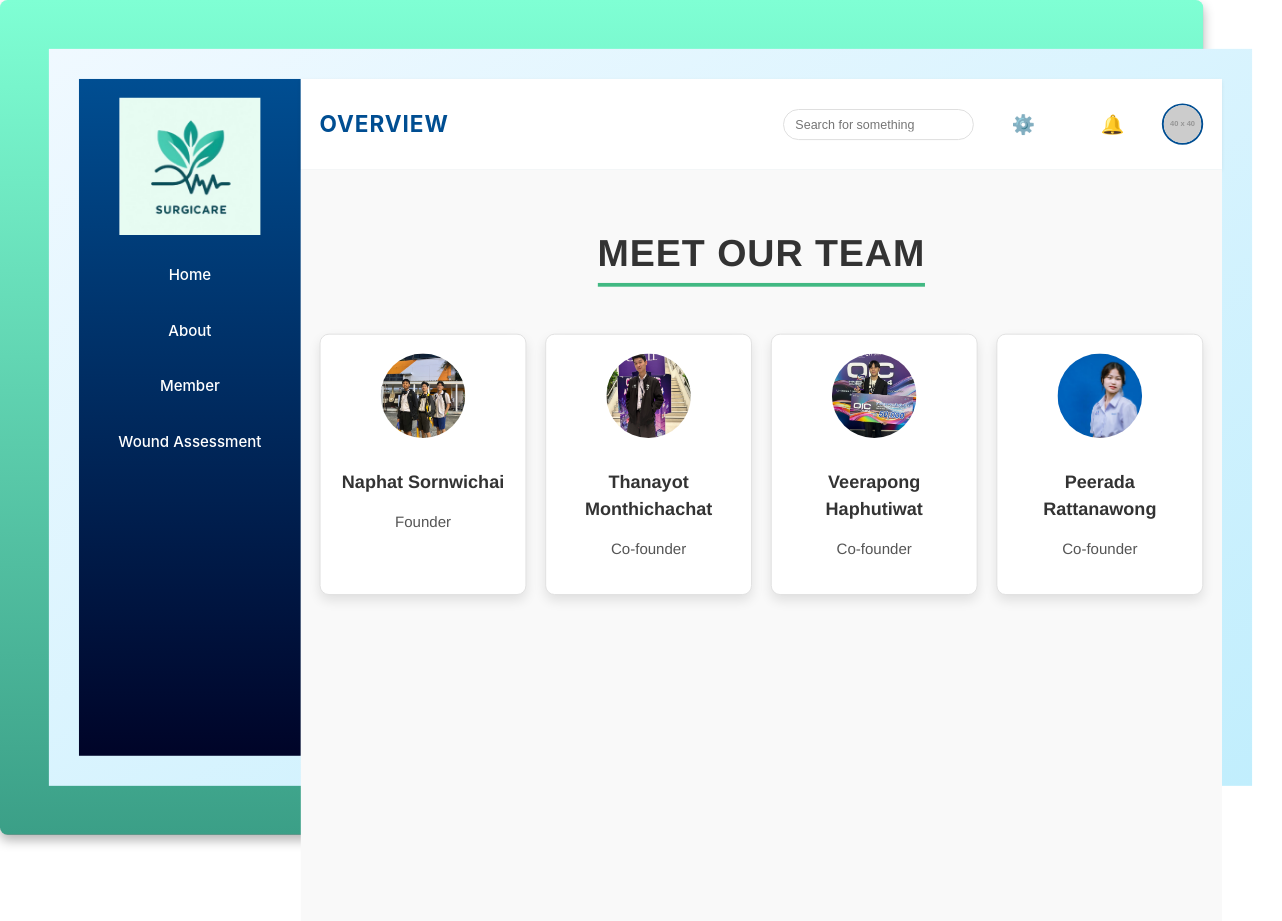
Repository: Jinwoo290350/Surgicare-Vue
Page: /member (app in surgicare/)
These files come from the project's save history. The page is drawn as it stood at one moment and after the next save; the edit follows.
The browser window is 1280 px wide. The page is 1364 px wide, then 1338 px, so the pictures cover 1364 px, including what lies to the right of the window. The pictures show the whole page, at 94% of full size.
The project was rebuilt for these pictures with package versions that can differ from the ones it lists, and the page was loaded fresh each time. Also part of the build but not shown: surgicare/vite.config.js, surgicare/src/views/Home.vue, surgicare/src/views/About.vue, surgicare/src/components/WoundAssessment.vue.

Above is the page before, as saved 2024-12-30 14:36:23.
Console error: TypeError: Cannot read properties of null (reading 'getContext')

After the next save:
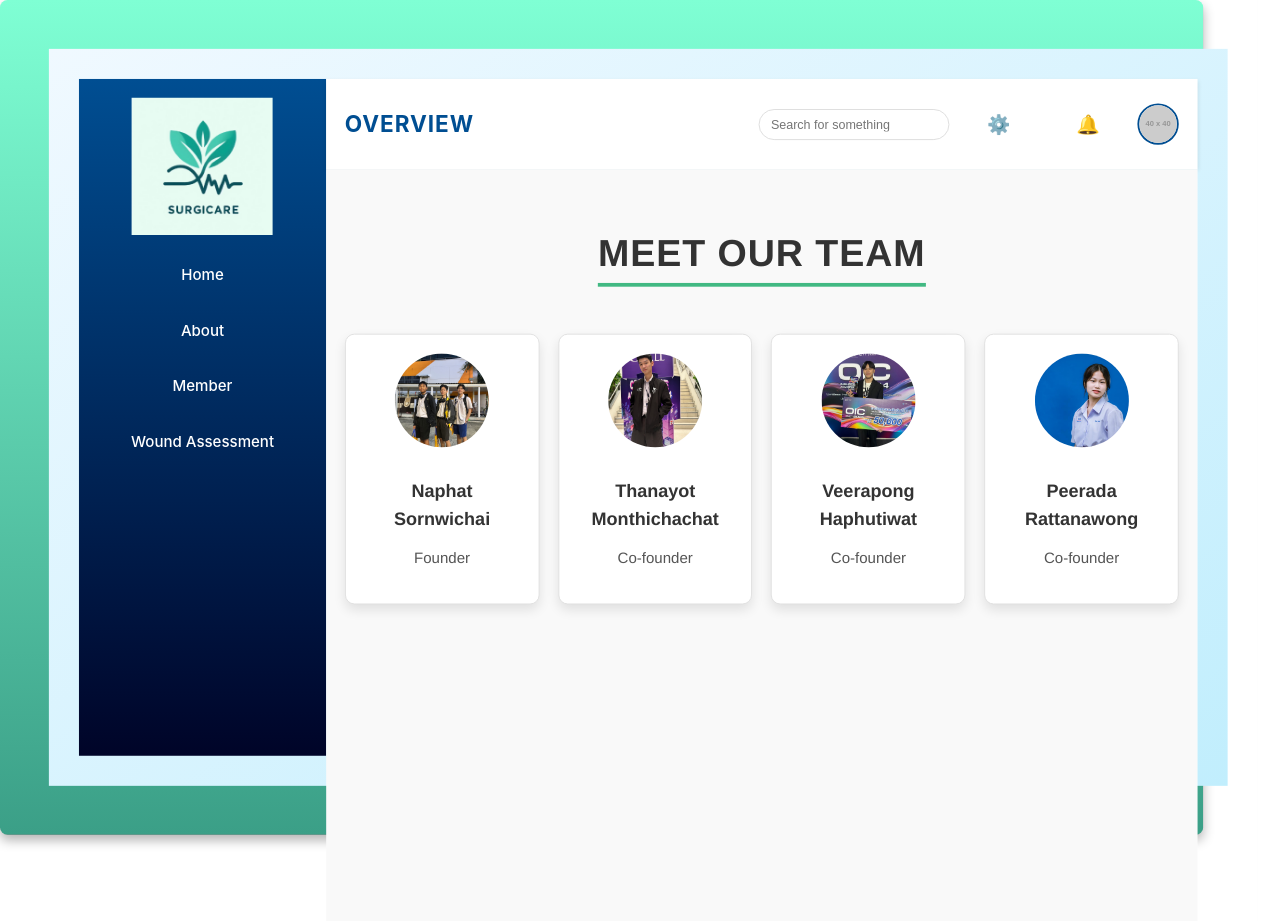
Saved 86 s later.
--- a/surgicare/src/views/Member.vue
+++ b/surgicare/src/views/Member.vue
@@ -11,7 +11,7 @@
         :key="index"
         @click="selectMember(member)"
       >
-        <img :src="member.photo" :alt="member.name" class="member-photo" />
+        <img :src="member.photo" :alt="`Photo of ${member.name}`" class="member-photo" />
         <div class="member-info">
           <h2>{{ member.name }}</h2>
           <p>{{ member.role }}</p>
@@ -20,7 +20,7 @@
     </div>
 
     <!-- Member Details Modal -->
-    <div v-if="selectedMember" class="member-details">
+    <div v-if="selectedMember" class="member-details" @click.self="closeDetails">
       <div class="details-content">
         <h2>{{ selectedMember.name }}</h2>
         <p><strong>Role:</strong> {{ selectedMember.role }}</p>
@@ -40,25 +40,25 @@ export default {
           name: "Naphat Sornwichai",
           role: "Founder",
           photo: "Pogus.jpg",
-          bio: "Founder of Surgicare.",
+          bio: "Founder of Surgicare with a vision for better healthcare solutions.",
         },
         {
           name: "Thanayot Monthichachat",
           role: "Co-founder",
           photo: "Zoe.jpg",
-          bio: "Co-founder of Surgicare.",
+          bio: "Co-founder with a passion for innovation in the medical field.",
         },
         {
           name: "Veerapong Haphutiwat",
           role: "Co-founder",
           photo: "Frank.jpg",
-          bio: "Co-founder of Surgicare.",
+          bio: "Dedicated to improving lives through cutting-edge technology.",
         },
         {
           name: "Peerada Rattanawong",
           role: "Co-founder",
           photo: "bio.jpg",
-          bio: "Co-founder of Surgicare.",
+          bio: "An advocate for collaboration and excellence in healthcare.",
         },
       ],
       selectedMember: null,
@@ -76,6 +76,7 @@ export default {
 </script>
 
 <style scoped>
+/* Base styles */
 #team-page {
   padding: 40px 20px;
   font-family: 'Helvetica Neue', sans-serif;
@@ -84,6 +85,7 @@ export default {
   display: flex;
   flex-direction: column;
   align-items: center;
+  overflow-x: hidden;
 }
 
 .team-header {
@@ -100,12 +102,12 @@ export default {
   padding-bottom: 10px;
 }
 
-/* Adjust grid layout for better responsiveness */
+/* Responsive grid layout */
 .member-cards {
   display: grid;
-  grid-template-columns: repeat(auto-fit, minmax(220px, 1fr)); /* Resize dynamically */
+  grid-template-columns: repeat(auto-fit, minmax(200px, 1fr));
   gap: 20px;
-  max-width: 960px; /* Limit total width */
+  max-width: 1000px;
   width: 100%;
 }
 
@@ -126,8 +128,8 @@ export default {
 }
 
 .member-photo {
-  width: 90px;
-  height: 90px;
+  width: 100px;
+  height: 100px;
   object-fit: cover;
   border-radius: 50%;
   margin: 0 auto 10px;
@@ -149,7 +151,7 @@ export default {
   color: #555;
 }
 
-/* Ensure the modal doesn't overflow the screen */
+/* Modal styles */
 .member-details {
   position: fixed;
   top: 0;
@@ -171,6 +173,7 @@ export default {
   width: 90%;
   max-width: 400px;
   box-shadow: 0 8px 16px rgba(0, 0, 0, 0.25);
+  animation: fadeIn 0.3s ease-in-out;
 }
 
 .details-content h2 {
@@ -200,4 +203,35 @@ button {
 button:hover {
   background-color: #369a6c;
 }
+
+/* Animation */
+@keyframes fadeIn {
+  from {
+    opacity: 0;
+    transform: scale(0.9);
+  }
+  to {
+    opacity: 1;
+    transform: scale(1);
+  }
+}
+
+/* Media queries for responsiveness */
+@media (max-width: 768px) {
+  .team-header h1 {
+    font-size: 2rem;
+  }
+
+  .details-content h2 {
+    font-size: 1.5rem;
+  }
+
+  .details-content p {
+    font-size: 0.9rem;
+  }
+
+  button {
+    font-size: 0.9rem;
+  }
+}
 </style>
